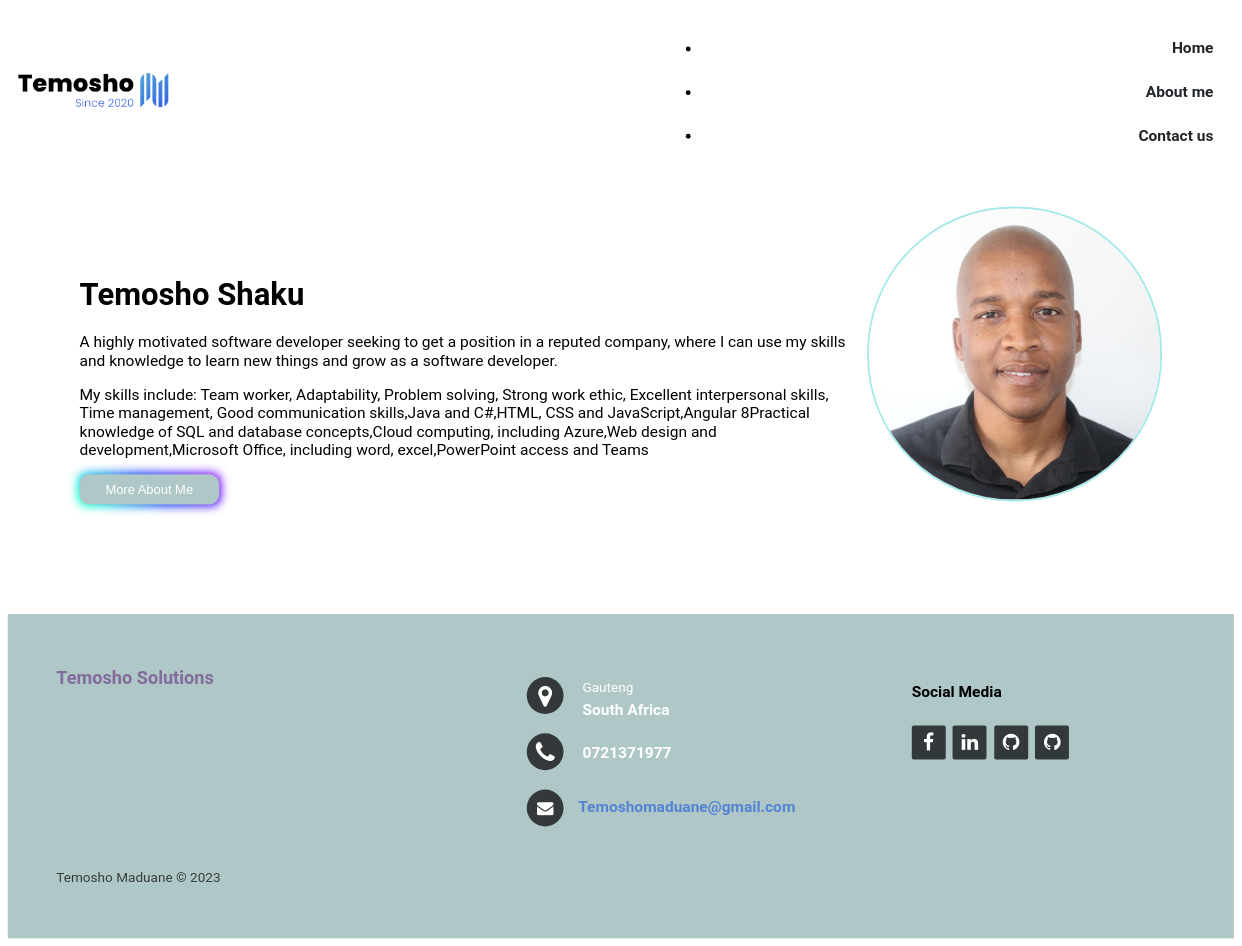
Repository: TemoshoS/T-Shaku
Page: index.html
An editor plug-in stored every save of this project. The page is shown before and after a run of saves, followed by the edit.
The browser window is 1280 px wide. The pictures show the whole page, at 97% of full size.
Pictures or frames that could not be fetched are drawn as grey boxes. Some web libraries are served in a nearby version.

Above is the page before, as saved 2023-09-28 14:39:02.

After the next 4 saves:
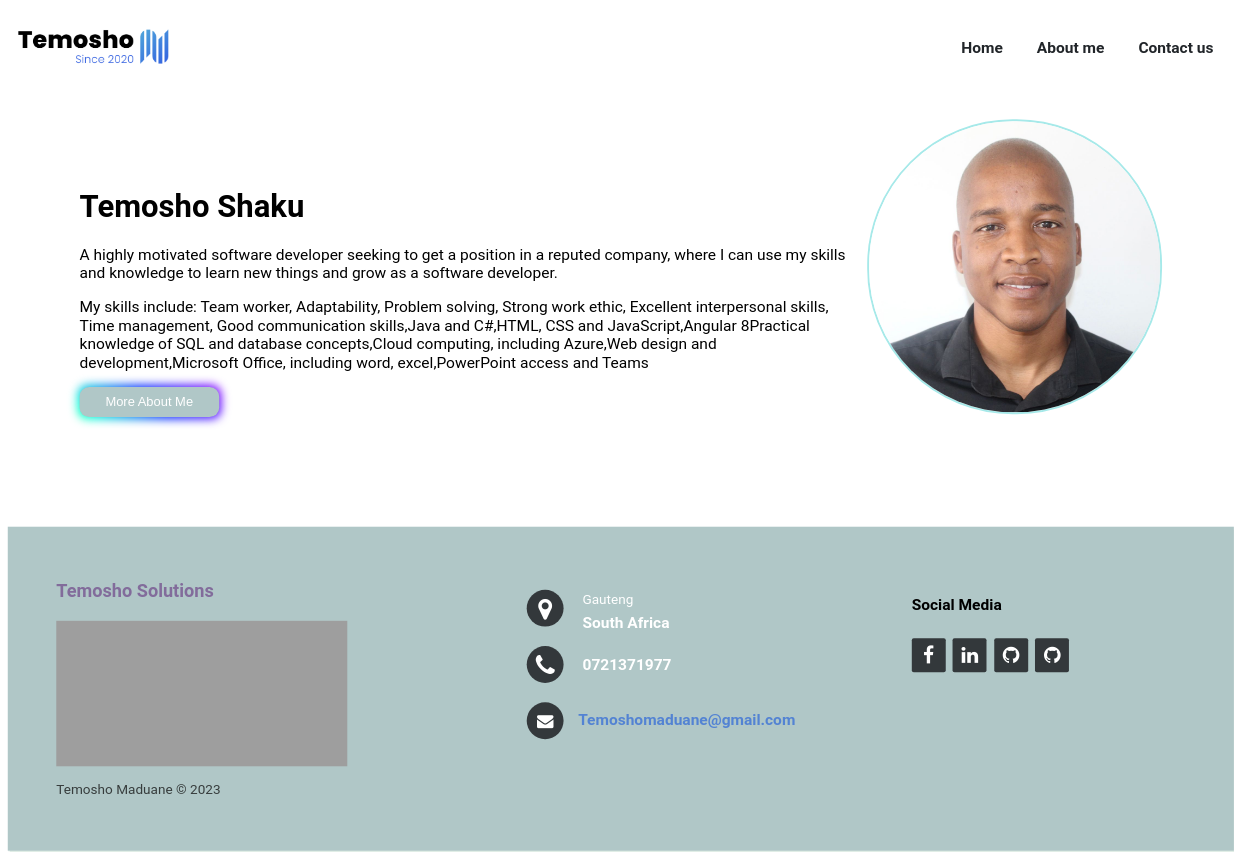
The 4 saves are shown as one change because they came seconds apart.
The last was saved 93 s later.
--- a/index.html
+++ b/index.html
@@ -31,9 +31,9 @@
               </div>
               <!-- Navigation Links (Initially Hidden) -->
               <ul class="nav-links">
-                <li><a href="index.html" class="nav-link"><b>Home</b></a></li>
-                <li><a href="about.html" class="nav-link"><b>About me</b></a></li>
-                <li><a href="contact.html" class="nav-link"><b>Contact us</b></a></li>
+                <a href="index.html" class="nav-link"><b>Home</b></a>
+                <a href="about.html" class="nav-link"><b>About me</b></a></li>
+                <a href="contact.html" class="nav-link"><b>Contact us</b></a></li>
               </ul>
             </nav>
           </td>
